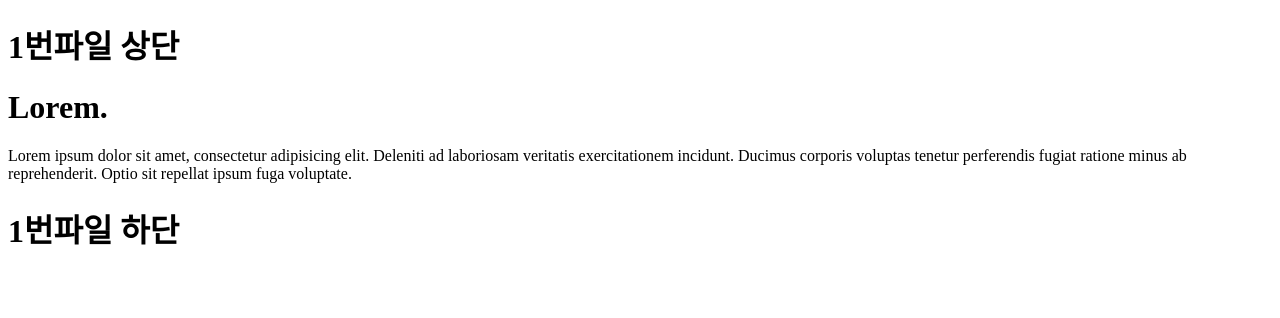
Repository: JJinBBangg/JSP
Page: http://localhost/jsp/ch07/lecture/02include-tag/01include.jsp
An editor plug-in stored every save of this project. The page is shown before and after the next save, followed by the edit.
The browser window is 1280 px wide. The pictures show the whole page.
The page is served by Tomcat 9.

Above is the page before, as saved 2023-03-29 05:14:42.

After the next save:
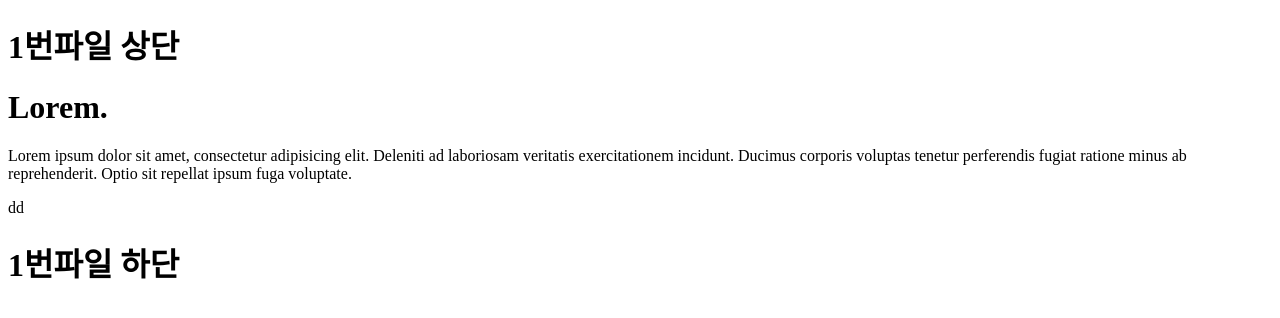
Saved 114 s later.
--- a/jsp/src/main/webapp/ch07/lecture/02include-tag/01include.jsp
+++ b/jsp/src/main/webapp/ch07/lecture/02include-tag/01include.jsp
@@ -11,7 +11,7 @@
 	<h1>1번파일 상단</h1>
 
 	<jsp:include page="02sub.jsp" />
-
+	<% out.print("dd"); %>
 	<h1>1번파일 하단</h1>
 </body>
 </html>

After the save that followed:
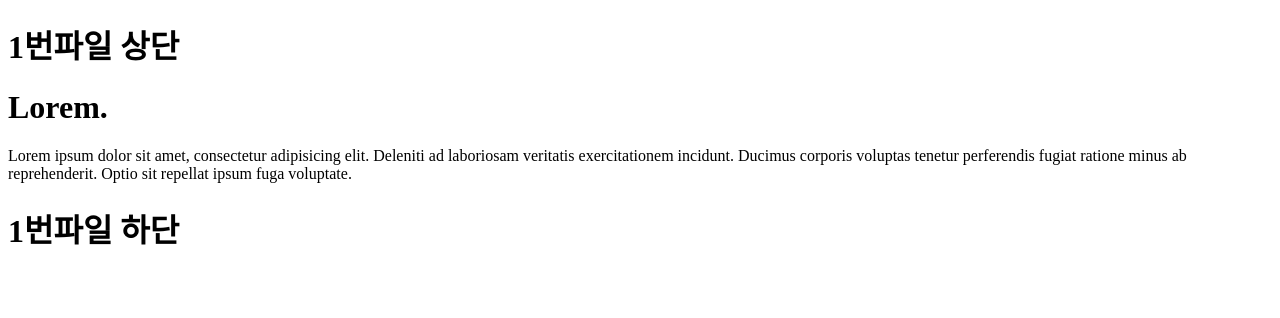
Saved 17 s later.
--- a/jsp/src/main/webapp/ch07/lecture/02include-tag/01include.jsp
+++ b/jsp/src/main/webapp/ch07/lecture/02include-tag/01include.jsp
@@ -11,7 +11,7 @@
 	<h1>1번파일 상단</h1>
 
 	<jsp:include page="02sub.jsp" />
-	<% out.print("dd"); %>
+	<% System.out.print("dd"); %>
 	<h1>1번파일 하단</h1>
 </body>
 </html>
